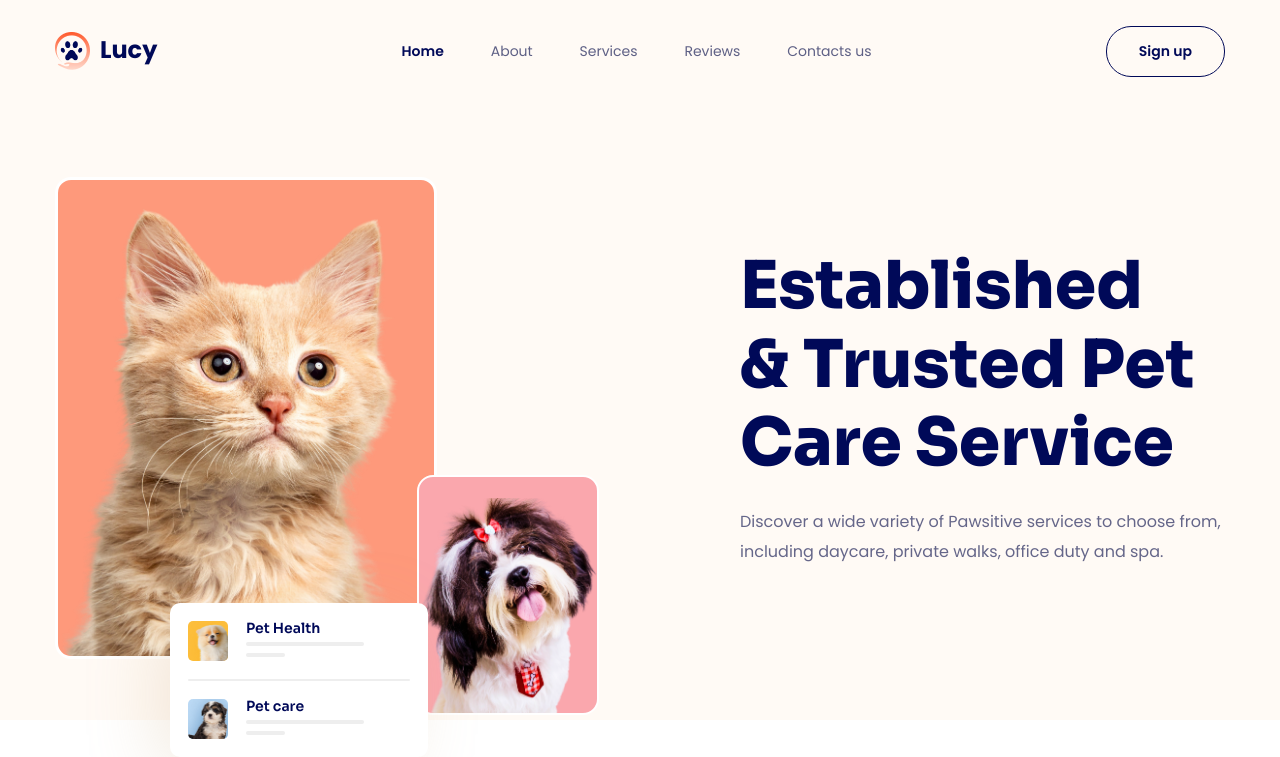
Repository: Cuongquaidan/F8projeact-04
Page: index.html
These files come from the project's save history. The page is drawn as it stood at one moment and after a run of saves; the edit follows.
The browser window is 1280 px wide. The pictures show the whole page.

Above is the page before, as saved 2023-04-15 10:03:46.

After the next 2 saves:
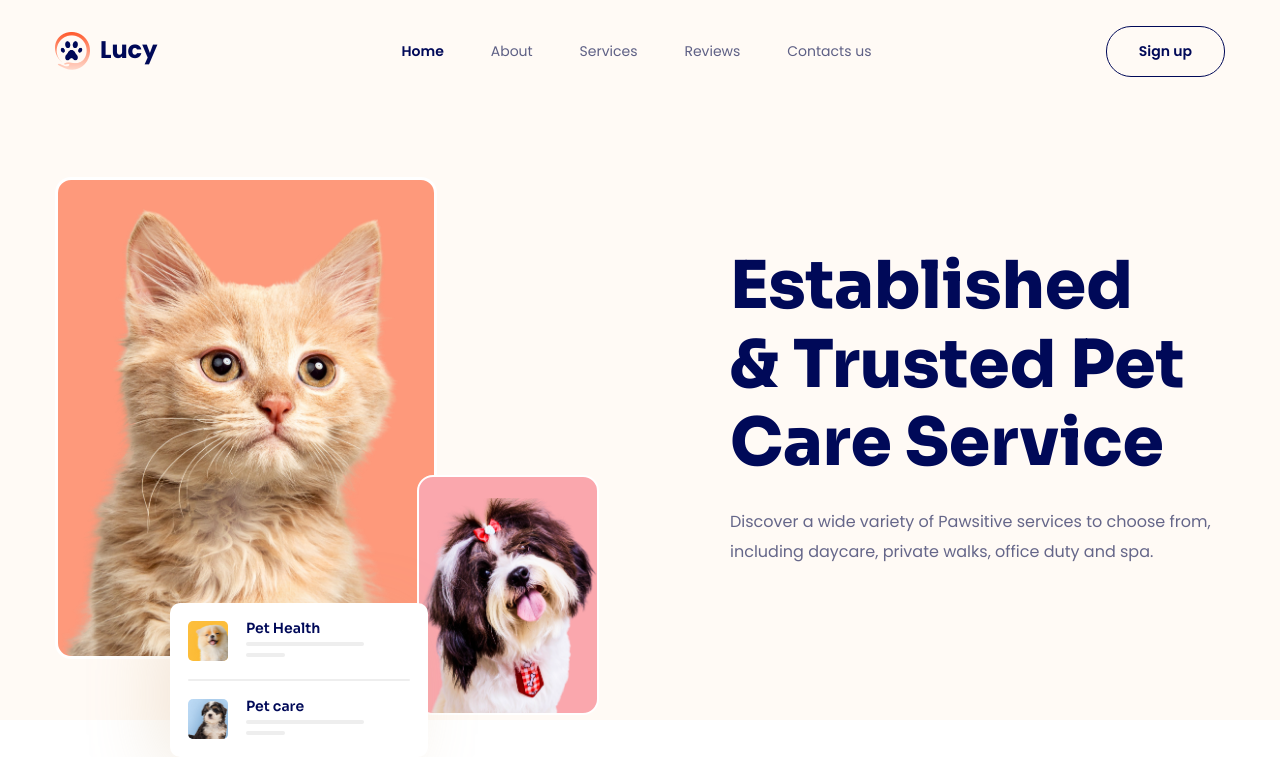
The 2 saves are shown as one change because they came seconds apart.
The last was saved 21 s later.
--- a/asset/css/styles.css
+++ b/asset/css/styles.css
@@ -223,7 +223,7 @@ a {
 }
 .hero__contents {
     padding-top: 70px;
-    padding-left: 100px;
+    padding-left: 90px;
 }
 .hero__contents-title {
     font-size: 6.6em;
